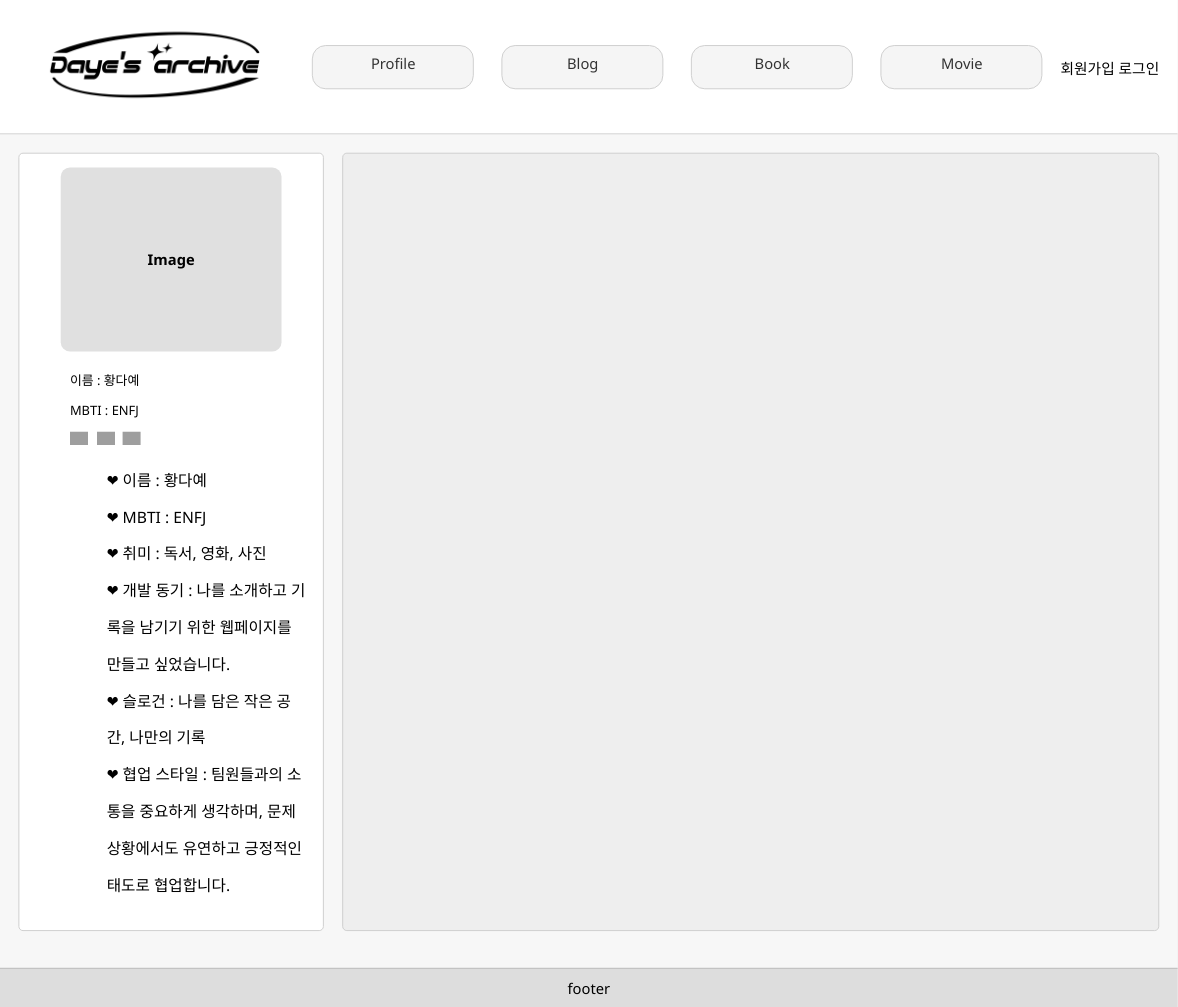
Repository: HWANG-DAYE/spring_project
Page: http://localhost/daye_archive/WEB-INF/views/main.jsp
These files come from the project's save history. The page is drawn as it stood at one moment and after the next save; the edit follows.
The browser window is 1280 px wide. The pictures show the whole page, at 92% of full size.
Pictures or frames that could not be fetched are drawn as grey boxes. The page is served by Tomcat 9. Nobody is signed in. The template is opened directly, without the code that normally fills it, so the values that code supplies are empty.

Above is the page before, as saved 2025-08-06 06:43:28.

After the next save:
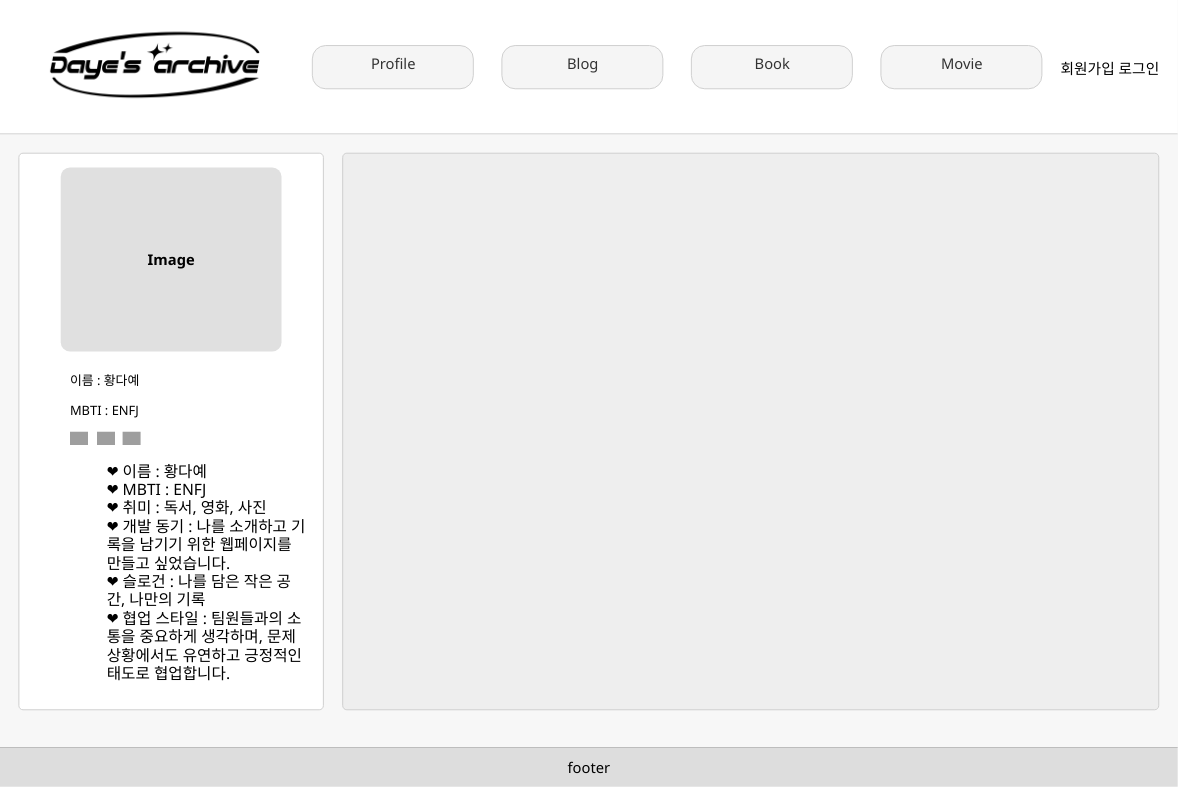
Saved 10 s later.
--- a/daye_archive/src/main/webapp/WEB-INF/views/main.jsp
+++ b/daye_archive/src/main/webapp/WEB-INF/views/main.jsp
@@ -72,7 +72,7 @@ header {
 
 .profile li {
   font-size: 17px;
-  line-height: 40px;
+  line-height: 20px;
 }
 
 .content {
